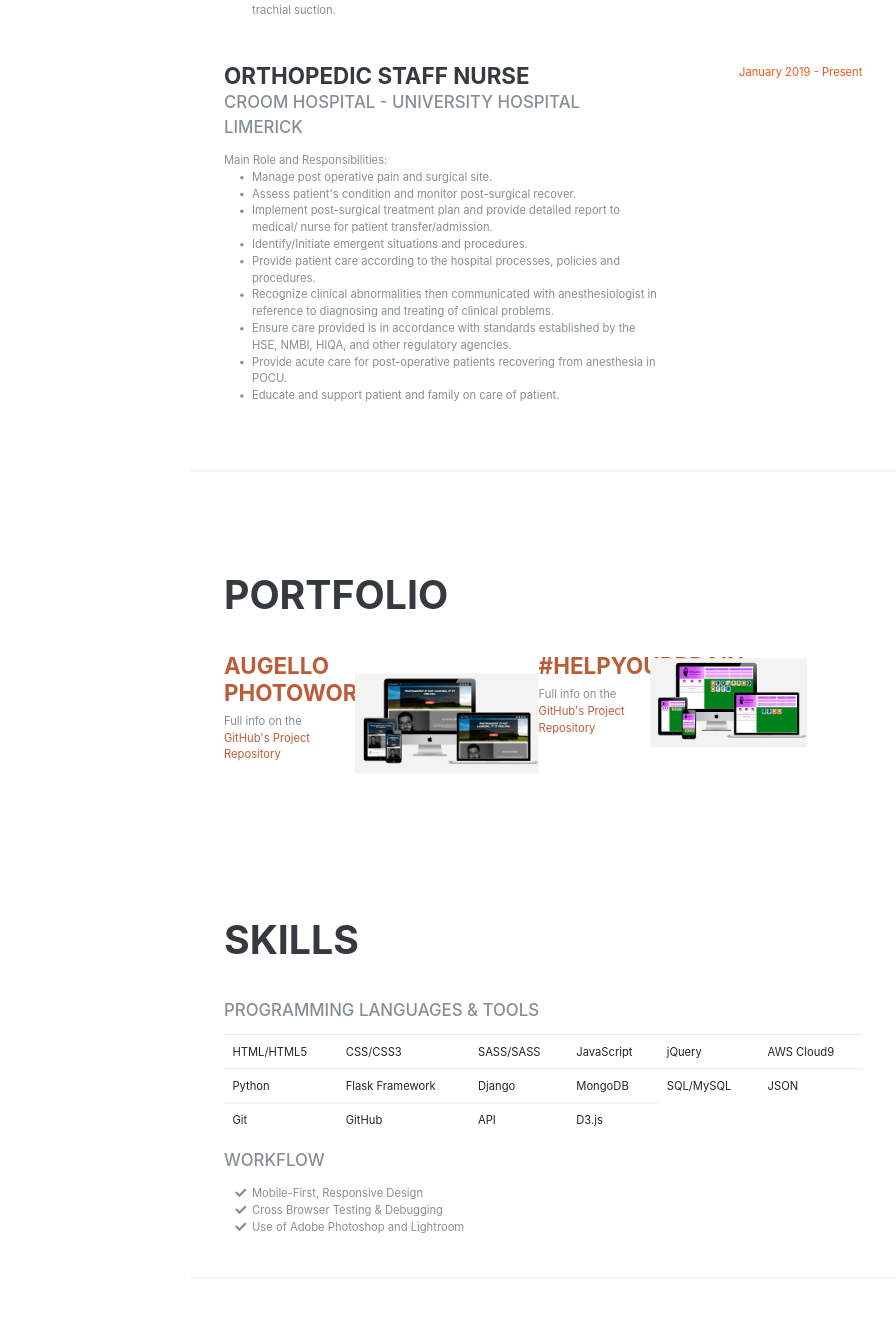
Repository: gello94/antonio_augello_online_Resume
Page: http://localhost/
The author's editor kept a record of every edit. The page is drawn from the files as they stood at one moment, then again after the next edit.
The browser window is 1280 px wide. The pictures show the part of the page from y = 1666 to 3586 px (the page is 4068 px tall), at 70% of full size.
Some web fonts or font styles are not loaded; a fallback is used. The page is served by the project's application, run on Flask 3 (run.py). Other server files are loaded and not shown.

Above is the page before.

### templates/index.html
<!DOCTYPE html>
<html lang="en">

<head>

  <meta charset="utf-8">
  <meta name="viewport" content="width=device-width, initial-scale=1, shrink-to-fit=no">
  <meta name="description" content="">
  <meta name="author" content="">

  <title>Resume - Start Bootstrap Theme</title>

  <!-- Bootstrap core CSS -->
  <link href="{{ url_for('static', filename='vendor/bootstrap/css/bootstrap.min.css')}}" rel="stylesheet">

  <!-- Custom fonts for this template -->
  <link href="https://fonts.googleapis.com/css?family=Saira+Extra+Condensed:500,700" rel="stylesheet">
  <link href="https://fonts.googleapis.com/css?family=Muli:400,400i,800,800i" rel="stylesheet">
  <link href="{{ url_for('static', filename='vendor/fontawesome-free/css/all.min.css')}}" rel="stylesheet">

  <!-- Custom styles for this template -->
  <link href="{{ url_for('static', filename='css/resume.min.css')}}" rel="stylesheet">
  <link href="{{ url_for('static', filename='css/main.css')}}" rel="stylesheet">

</head>

<body id="page-top">

  <nav class="navbar navbar-expand-lg navbar-dark bg-primary fixed-top" id="sideNav">
    <a class="navbar-brand js-scroll-trigger" href="#page-top">
      <span class="d-block d-lg-none">Antonio Augello</span>
      <span class="d-none d-lg-block">
        <img class="img-fluid img-profile rounded-circle mx-auto mb-2" src="static/img/img_profile.jpg" alt="Profile Image">
      </span>
    </a>
    <button class="navbar-toggler" type="button" data-toggle="collapse" data-target="#navbarSupportedContent" aria-controls="navbarSupportedContent" aria-expanded="false" aria-label="Toggle navigation">
      <span class="navbar-toggler-icon"></span>
    </button>
    <div class="collapse navbar-collapse" id="navbarSupportedContent">
      <ul class="navbar-nav">
        <li class="nav-item">
          <a class="nav-link js-scroll-trigger" href="#about">About</a>
        </li>

        <li class="nav-item">
          <a class="nav-link js-scroll-trigger" href="#education">Education</a>
        </li>
        <li class="nav-item">
          <a class="nav-link js-scroll-trigger" href="#experience">Experience</a>
        </li>
        <li class="nav-item">
          <a class="nav-link js-scroll-trigger" href="#skills">Skills</a>
        </li>
        <li class="nav-item">
          <a class="nav-link js-scroll-trigger" href="#interests">Interests</a>
        </li>
      </ul>
    </div>
  </nav>

  <div class="container-fluid p-0">

    <!-- Header -->
    <section class="resume-section p-3 p-lg-5 d-flex align-items-center" id="about">
      <div class="w-100">
        <h1 class="mb-0">Antonio
          <span class="text-primary">Augello</span>
        </h1>
        <div class="subheading mb-5">62 Fisherman's Quay, Grove Island, Co. Limerick · (+353) 85285293 ·
          <a href="mailto:name@email.com">toni.gello94@gmail.com</a>
        </div>
        <p class="lead mb-5">Working as a Nurse, currently studying at Code Institute to be a Full Stack Software Web Developer, passionate about Web Software Development and UX/UI. Photographer as hobbyist with Knowledge of Adobe Photoshop and Adobe Lightroom. My actual
          goal is to be a Full Stack Wed Developer following my passion that i grow since I was a kid</p>
        <div class="social-icons">
          <a href="https://www.linkedin.com/in/antonio-augello-aba83911a/">
            <i class="fab fa-linkedin-in"></i>
          </a>
          <a href="https://github.com/gello94">
            <i class="fab fa-github"></i>
          </a>
        </div>
      </div>
    </section>
    <!-- /Header -->

    <hr class="m-0">

    <!-- Education Section -->
    <section class="resume-section p-3 p-lg-5 d-flex align-items-center" id="education">
      <div class="w-100">
        <h2 class="mb-5">Education</h2>

        <div class="resume-item d-flex flex-column flex-md-row justify-content-between mb-5">
          <div class="resume-content">
            <h3 class="mb-0">Code Institute</h3>
            <div class="subheading mb-3">Full Stack Diploma in Software Development</div>
            <div>Modules: </div>
            <p>HTML Fundamentals ~ CSS Fundamentals~ JavaScript Fundamentals ~ Python Fundamentals ~Practical Python ~User Centric Frontend Development~ Interactive Centric Frontend Development </p>
          </div>
          <div class="resume-date text-md-right">
            <span class="text-primary">August 2018 - Present</span>
          </div>
        </div>

        <div class="resume-item d-flex flex-column flex-md-row justify-content-between">
          <div class="resume-content">
            <h3 class="mb-0">University of Studies "G. D'Annunzio" of Chieti</h3>
            <div class="subheading mb-3">Nursing Degree </div>
          </div>
          <div class="resume-date text-md-right">
            <span class="text-primary">September 2013 - July 2016</span>
          </div>
        </div>
      </div>
    </section>
    <!-- /Education Section -->

    <hr class="m-0">

    <!-- Experience Section -->
    <section class="resume-section p-3 p-lg-5 d-flex justify-content-center" id="experience">
      <div class="w-100">
        <h2 class="mb-5">Experience</h2>

        <div class="resume-item d-flex flex-column flex-md-row justify-content-between mb-5">
          <div class="resume-content">
            <h3 class="mb-0">HDU Staff Nurse </h3>
            <div class="subheading mb-3">High Dependency Unit - University Hospital Limerick </div>
            <div>Main Role and Responsibilities: </div>
            <ul>
              <li>Maintain the prepared standard protocol of asepsis strictly.</li>
              <li>Check all electrical points, pipe line 02, in built suckers for proper working condition. </li>
              <li>Communicate with concerned person for proper maintenance of unit. </li>
              <li>Prepare the drugs, crash trolley, etc. properly. </li>
              <li>Check Oxygen, Carbon dioxide, Nitrous Oxide etc. for proper use. </li>
              <li>Check monitor, ventilator, all life saving gadgets for proper working condition. </li>
              <li>Provide special care to the patient guided by the Medical Officer e.g. endo-trachial suction. </li>
            </ul>

          </div>
          <div class="resume-date text-md-right">
            <span class="text-primary">June 2017 - January 2019</span>
          </div>
        </div>

        <div class="resume-item d-flex flex-column flex-md-row justify-content-between mb-5">
          <div class="resume-content">
            <h3 class="mb-0">Orthopedic Staff Nurse </h3>
            <div class="subheading mb-3">Croom Hospital - University Hospital Limerick </div>
            <div>Main Role and Responsibilities: </div>
            <ul>
              <li>Manage post operative pain and surgical site.</li>
              <li>Assess patient's condition and monitor post-surgical recover. </li>
              <li>Implement post-surgical treatment plan and provide detailed report to medical/ nurse for patient transfer/admission. </li>
              <li>Identify/Initiate emergent situations and procedures. </li>
              <li>Provide patient care according to the hospital processes, policies and procedures. </li>
              <li> Recognize clinical abnormalities then communicated with anesthesiologist in reference to diagnosing and treating of clinical problems. </li>
              <li> Ensure care provided is in accordance with standards established by the HSE, NMBI, HIQA, and other regulatory agencies. </li>
              <li>Provide acute care for post-operative patients recovering from anesthesia in POCU.</li>
              <li>Educate and support patient and family on care of patient.</li>
            </ul>

          </div>
          <div class="resume-date text-md-right">
            <span class="text-primary">January 2019 - Present</span>
          </div>
        </div>

      </div>

    </section>
    <!-- /Experience Section -->

    <hr class="m-0">

    <!-- Portfolio Section -->
    <section class="resume-section p-3 p-lg-5 d-flex align-items-center" id="skills">
      <div class="w-100">
        <h2 class="mb-5">Portfolio</h2>

        <!-- Portfolio Grid Items -->
        <div class="row">

          <!--Portfolio 1-->
          <div class="portfolio-section">
            <div class="col-12">
              <div class="row">
                <div class="col-xs-12 col-md-5">
                  <div class="portfolio-head">
                    <h3><a href="https://gello94.github.io/first-milestone-antonio/" target="_blank">Augello PhotoWorld</a></h3>
                  </div>
                  <div class="info_project">
                    <p>Full info on the <a href="https://github.com/gello94/first-milestone-antonio">GitHub's Project Repository</a></p>
                  </div>
                </div>
                <div class="col-xs-12 col-md-7">
                  <div class="Portfolio-body">
                    <img class="img-fluid img_portfolio" src="static/img/project1.jpg" alt="Project 1">
                  </div>
                </div>
              </div>
            </div>
          </div>

          <hr class="m-0">

          <!--Portfolio 2-->
          <div class="portfolio-section">
            <div class="col-12">
              <div class="row">
                <div class="col-xs-12 col-md-5">
                  <div class="portfolio-head">
                    <h3><a href="https://gello94.github.io/second-milestone-antonio/" target="_blank">#HELPYOURBRAIN</a></h3>
                  </div>
                  <div class="info_project">
                    <p>Full info on the <a href="https://github.com/gello94/second-milestone-antonio">GitHub's Project Repository</a></p>

                  </div>
                </div>
                <div class="col-xs-12 col-md-7">
                  <div class="Portfolio-body">
                    <img class="img-fluid img_portfolio" src="static/img/project2.jpg" alt="Project 1">
                  </div>
                </div>
              </div>

            </div>
          </div>

          <!-- /.row -->

        </div>
    </section>


    <!-- Skills Section -->
    <section class="resume-section p-3 p-lg-5 d-flex align-items-center" id="skills">
      <div class="w-100">
        <h2 class="mb-5">Skills</h2>

        <div class="subheading mb-3">Programming Languages &amp; Tools</div>
        <table class="table">
          <thead>

          </thead>
          <tbody>
            <tr>
              <td>HTML/HTML5</td>
              <td>CSS/CSS3</td>
              <td>SASS/SASS</td>
              <td>JavaScript</td>
              <td>jQuery</td>
              <td>AWS Cloud9</td>
            </tr>
            <tr>
              <td>Python</td>
              <td>Flask Framework</td>
              <td>Django</td>
              <td>MongoDB</td>
              <td>SQL/MySQL</td>
              <td>JSON</td>
            </tr>
            <tr>
              <td>Git</td>
              <td>GitHub</td>
              <td>API</td>
              <td>D3.js</td>
            </tr>
          </tbody>
        </table>
        </ul>

        <div class="subheading mb-3">Workflow</div>
        <ul class="fa-ul mb-0">
          <li>
            <i class="fa-li fa fa-check"></i> Mobile-First, Responsive Design</li>
          <li>
            <i class="fa-li fa fa-check"></i> Cross Browser Testing &amp; Debugging</li>
          <li>
            <i class="fa-li fa fa-check"></i> Use of Adobe Photoshop and Lightroom</li>
        </ul>
      </div>

    </section>

    <hr class="m-0">

    <!-- Hobbies Section -->
    <section class="resume-section p-3 p-lg-5 d-flex align-items-center" id="interests">
      <div class="w-100">
        <h2 class="mb-5">Hobbies</h2>
        <div class="subheading mb-3"></div>
        <ul class="fa-ul mb-0">
          <li>
            <i class="fa-li fa fa-hiking"></i> Hiking
          </li>
          <li>
            <i class="fa-li fa fa-camera"></i> Photography
          </li>
          <li>
            <i class="fa-li fa fa-plane-departure"></i> Travel
          </li>
          <li>
            <i class="fa-li fa fa-dumbbell"></i> Gym </li>
        </ul>
      </div>
    </section>
    <!-- /Hobbies Section -->

    </div>

    <!-- Bootstrap core JavaScript -->
    <script src="{{ url_for('static', filename='vendor/jquery/jquery.min.js')}}"></script>
    <script src="{{ url_for('static', filename='vendor/bootstrap/js/bootstrap.bundle.min.js')}}"></script>

    <!-- Plugin JavaScript -->
    <script src="{{ url_for('static', filename='vendor/jquery-easing/jquery.easing.min.js')}}"></script>

    <!-- Custom scripts for this template -->
    <script src="{{ url_for('static', filename='js/resume.min.js')}}"></script>

</body>

</html>

### run.py
import os
from flask import Flask, render_template

app = Flask(__name__)
app.secret_key = "some_secret"

@app.route('/')
def index():
    return render_template("index.html")


if __name__ == '__main__':
    app.run(host=os.environ.get('IP'),
            port=int(os.environ.get("PORT")),
            debug=True)

### static/css/main.css
#sideNav .navbar-brand .img-profile {
    border: 0px;
}

#sideNav .navbar-brand .img-profile:hover:active {

    -ms-transform: scale(1.5, 1.5);
    /* IE 9 */
    -webkit-transform: scale(1.5, 1.5);
    /* Safari 3-8 */
    transform: scale(1.5, 1.5);
    margin-bottom: 15px;
}

@media (min-width: 992px) {
    #sideNav .navbar-brand {

        padding-bottom: 1.5rem;
    }
}

.d-block .d-lg-none {
    padding-bottom: 15px;
}

.bg-primary {
    background-color: #ea5914!important;
}

.text-primary {
    color: #ea5914!important;
}

@media (min-width: 768px) {
    section.resume-section {
        min-height: 80vh!important;
    }
}

@media (min-width: 992px) {
    section.resume-section {
        padding-top: 2rem!important;
        padding-bottom: 2rem!important;
    }
}

    .img_portfolio {
        bottom: 0;
        position: absolute;
    }
}

.portfolio-row {
    padding: 10px;
}

Loaded but not shown: static/css/resume.min.css (library); static/js/resume.min.js (common file)

After the next edit:
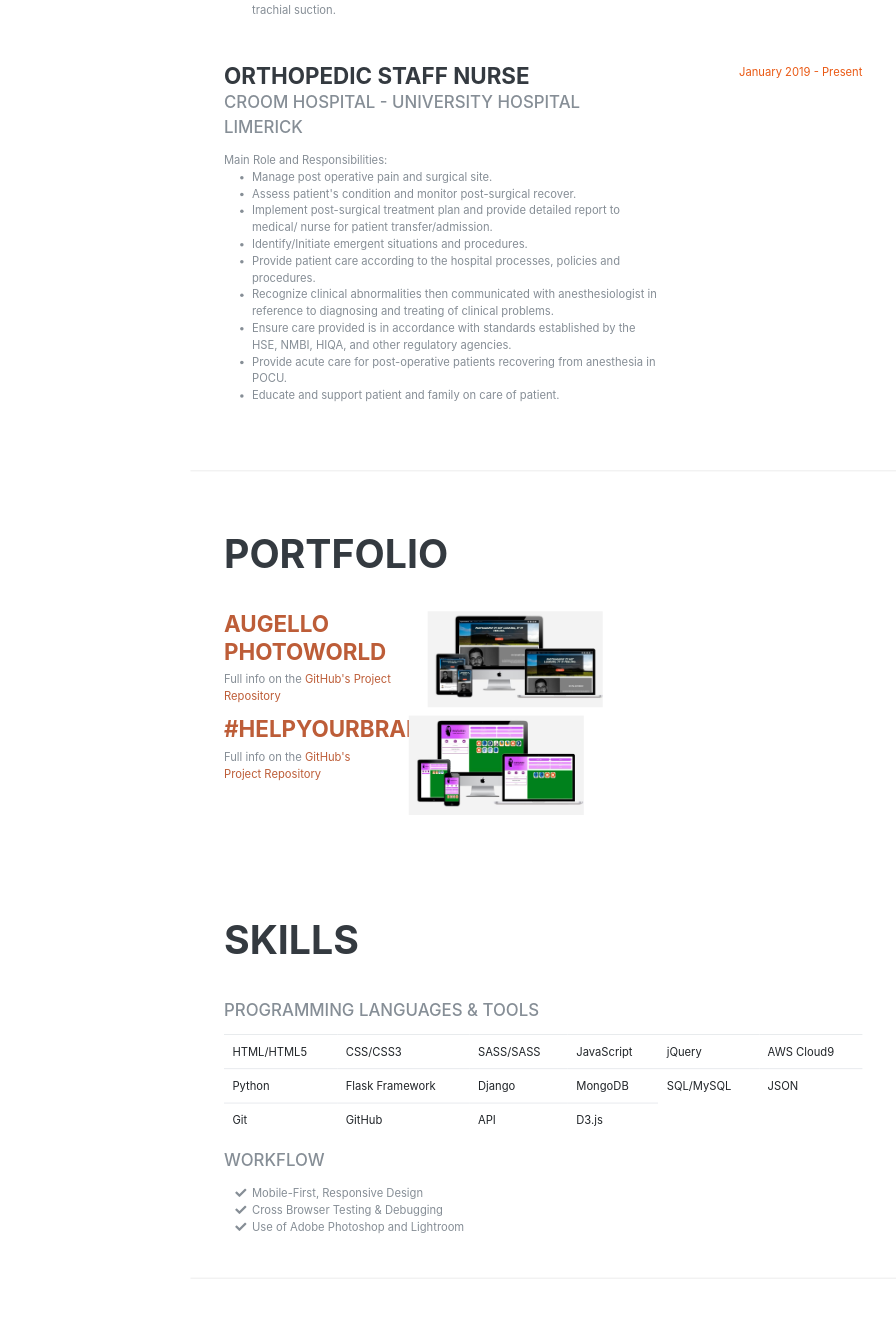
The edit:
--- a/static/css/main.css
+++ b/static/css/main.css
@@ -44,10 +44,11 @@
     }
 }
 
-    .img_portfolio {
-        bottom: 0;
-        position: absolute;
-    }
+.img_portfolio {
+  height: auto;
+  max-height: 100%;
+  width: auto;
+  max-width: 250px;
 }
 
 .portfolio-row {
